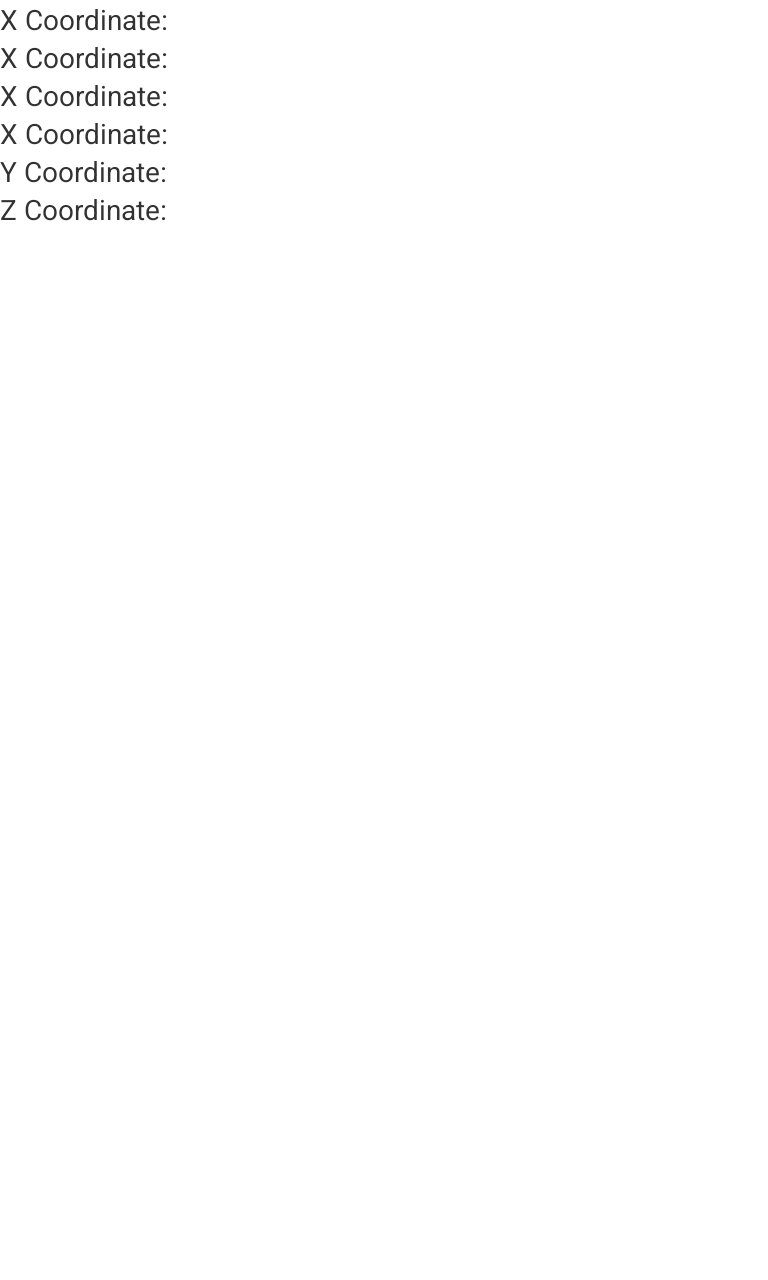
Repository: ayueh/hackmit
Layout: vibe/res/layout/activity_main.xml
The author's editor kept a copy of each file at every save. The layout is drawn from the files as they stood at one save, then again after a run of saves.
It is drawn on a 768 x 1280 px phone screen (xhdpi) without system bars, with theme AppTheme; the app's code is not run.

Above is the layout before, as saved 2013-10-05 21:22:06.

### vibe/res/layout/activity_main.xml
<?xml version="1.0" encoding="utf-8"?>
<TableLayout
	xmlns:android="http://schemas.android.com/apk/res/android"
	android:layout_width="fill_parent"
	android:layout_height="fill_parent">

	<TableRow>
	<TextView
		android:id="@+id/xcoor"
		android:text="X Coordinate: "
		android:layout_width="wrap_content"
		android:layout_height="wrap_content"
	/>
	</TableRow>

	<TableRow>
	<TextView
		android:id="@+id/xcoor1"
		android:text="X Coordinate: "
		android:layout_width="wrap_content"
		android:layout_height="wrap_content"
	/>
	</TableRow>

	<TableRow>
	<TextView
		android:id="@+id/xcoor2"
		android:text="X Coordinate: "
		android:layout_width="wrap_content"
		android:layout_height="wrap_content"
	/>
	</TableRow>

	<TableRow>
	<TextView
		android:id="@+id/xcoor3"
		android:text="X Coordinate: "
		android:layout_width="wrap_content"
		android:layout_height="wrap_content"
	/>
	</TableRow>

	<TableRow>
	<TextView
		android:id="@+id/ycoor"
		android:text="Y Coordinate: "
		android:layout_width="wrap_content"
		android:layout_height="wrap_content"
	/>
	</TableRow>

	<TableRow>
	<TextView
		android:id="@+id/zcoor"
		android:text="Z Coordinate: "
		android:layout_width="wrap_content"
		android:layout_height="wrap_content"
	/>
	</TableRow>

</TableLayout>

Loaded but not shown: vibe/res/values/styles.xml (common file); vibe/res/values-v11/styles.xml (common file); vibe/res/values-v14/styles.xml (common file)

After the next 3 saves:
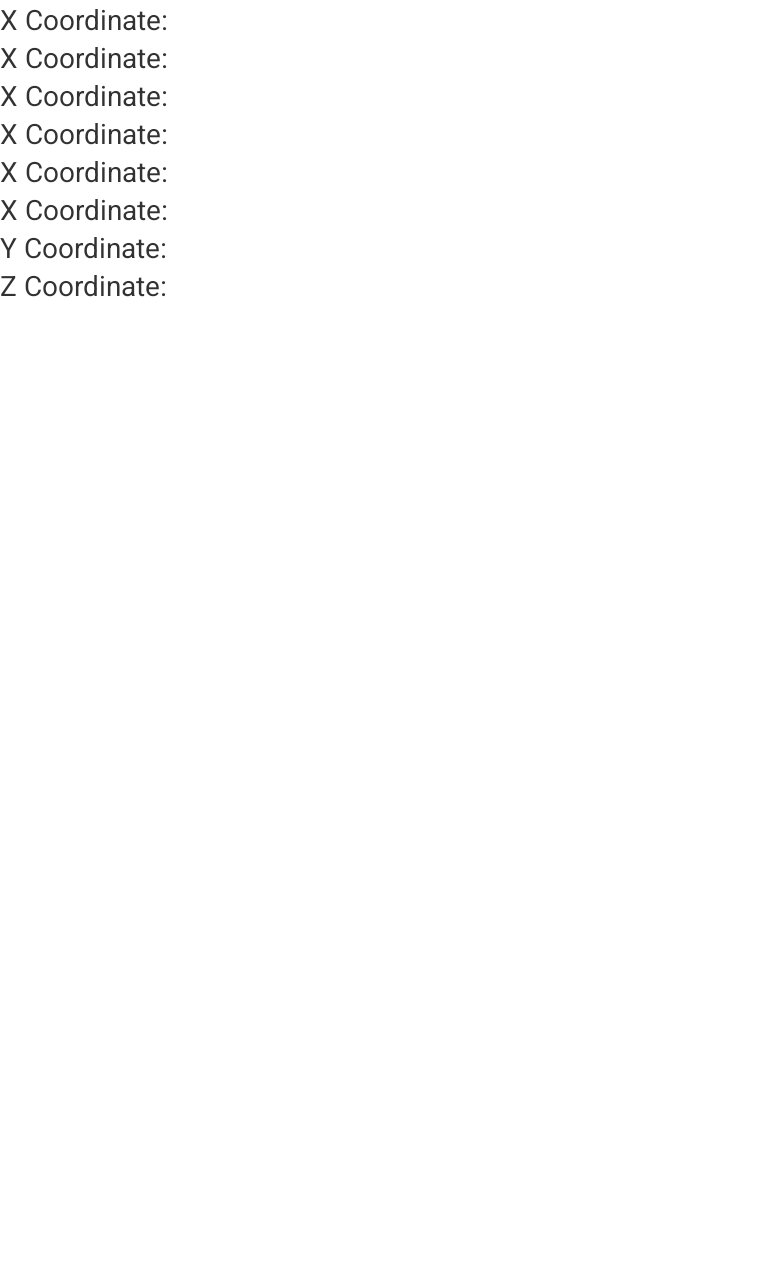
The 3 saves are shown as one change because they came seconds apart.
The last was saved 15 s later.
--- a/vibe/res/layout/activity_main.xml
+++ b/vibe/res/layout/activity_main.xml
@@ -42,6 +42,24 @@
 
 	<TableRow>
 	<TextView
+		android:id="@+id/xcoor4"
+		android:text="X Coordinate: "
+		android:layout_width="wrap_content"
+		android:layout_height="wrap_content"
+	/>
+	</TableRow>
+
+	<TableRow>
+	<TextView
+		android:id="@+id/xcoor5"
+		android:text="X Coordinate: "
+		android:layout_width="wrap_content"
+		android:layout_height="wrap_content"
+	/>
+	</TableRow>
+
+	<TableRow>
+	<TextView
 		android:id="@+id/ycoor"
 		android:text="Y Coordinate: "
 		android:layout_width="wrap_content"
